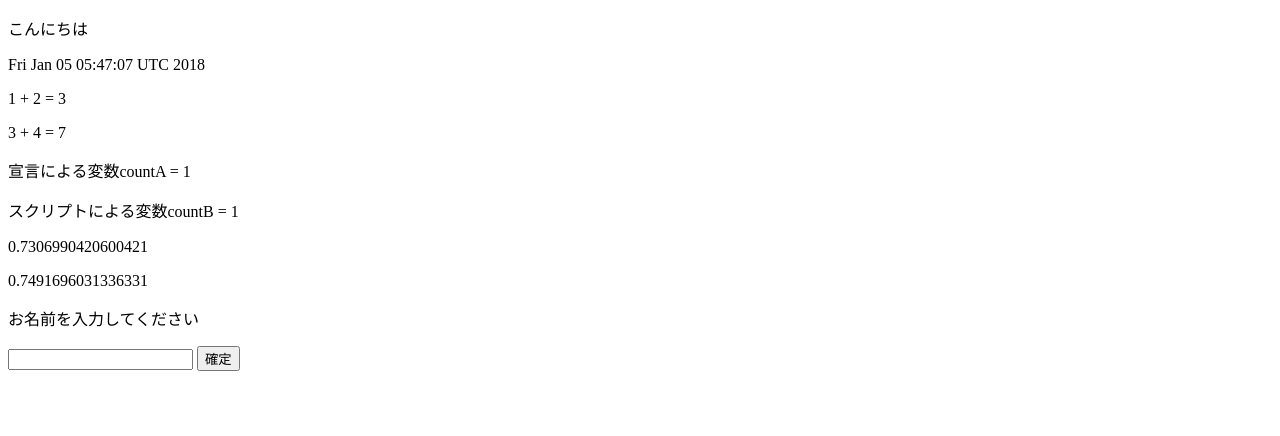
Repository: kf3225/backup
Page: http://localhost/HelloJSP/
The author's editor kept a copy of each file at every save. The page is drawn from the files as they stood at one save, then again after the next save.
The browser window is 1280 px wide. The pictures show the whole page.
The page is served by Tomcat 9.

Above is the page before, as saved 2018-01-05 06:55:12.

### HelloJSP/WebContent/index.jsp
<%@ page language="java" contentType="text/html; charset=UTF-8"
    pageEncoding="UTF-8"%>
<!DOCTYPE html PUBLIC "-//W3C//DTD HTML 4.01 Transitional//EN" "http://www.w3.org/TR/html4/loose.dtd">
<html>
<head>
<meta http-equiv="Content-Type" content="text/html; charset=UTF-8">
<title>TEST</title>
</head>
<body>
	<p>こんにちは</p>
	<% out.println(new java.util.Date()); %>
	<%!
		static int add (int a, int b) {
		return a + b;
		}
	%>

	<p>1 + 2 = <%= add (1, 2) %></p>
	<p>3 + 4 = <%= add (3, 4) %></p>

	<%! static int countA = 0; %>
	<%
		int countB = 0;
		countA++;
		countB++;
	%>

	<p>宣言による変数countA = <%= countA %></p>
	<p>スクリプトによる変数countB = <%= countB %></p>

	<p><% out.println(Math.random()); %></p>
	<p><%= Math.random() %>

	<p>お名前を入力してください</p>
	<form method = "post" action = "greeting-out.jsp">
		<input type = "text" name = "user">
		<input type = "submit" value="確定">
	</form>

</body>
</html>

After the next save:
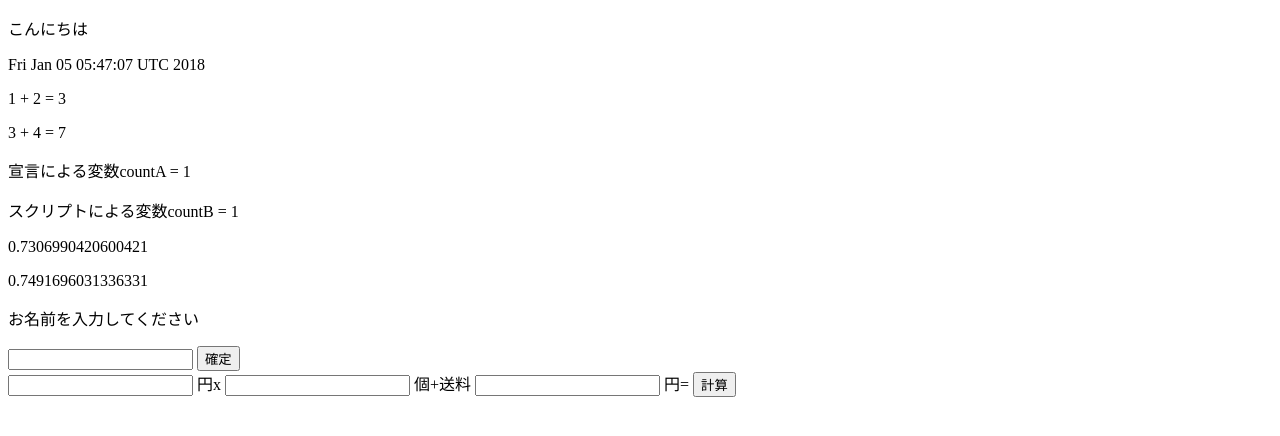
Saved 9 s later.
--- a/HelloJSP/WebContent/index.jsp
+++ b/HelloJSP/WebContent/index.jsp
@@ -33,8 +33,18 @@
 
 	<p>お名前を入力してください</p>
 	<form method = "post" action = "greeting-out.jsp">
-		<input type = "text" name = "user">
-		<input type = "submit" value="確定">
+		<input type="text" name="user">
+		<input type="submit" value="確定">
+	</form>
+
+	<form method="post" action="total-out.jsp">
+		<input type="text" name="price">
+		円x
+		<input type="text" name="count">
+		個+送料
+		<input type="text" name="delivery">
+		円=
+		<input type="submit" value="計算">
 	</form>
 
 </body>
